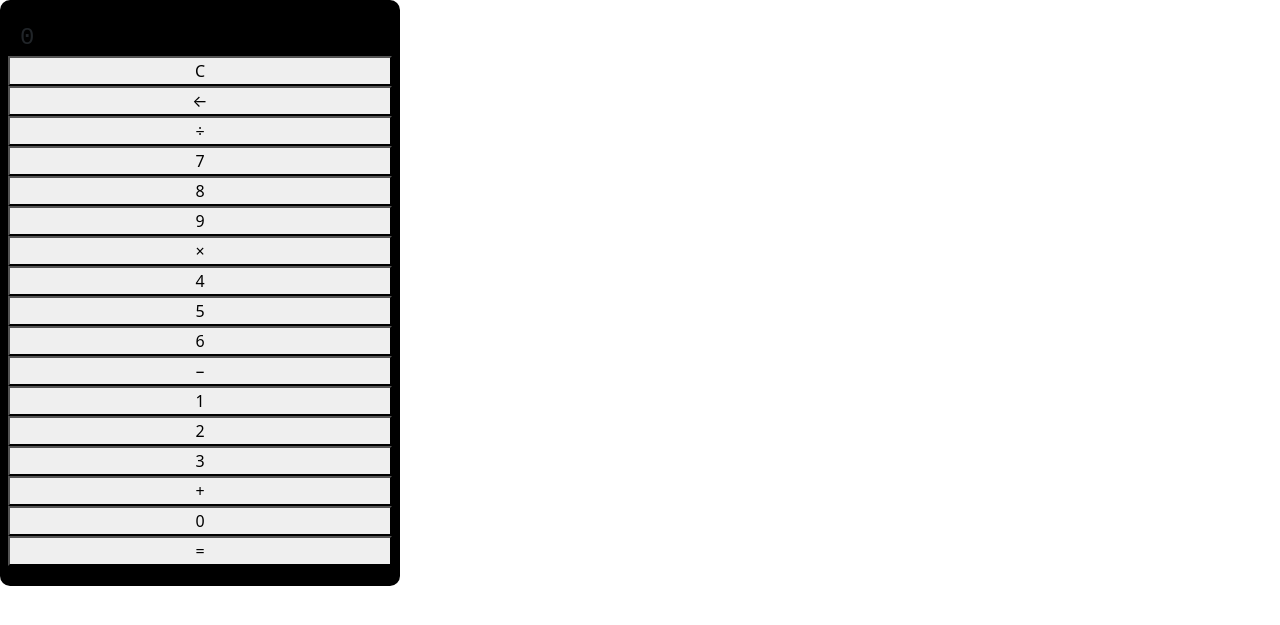
Repository: jgramirez0210/LAB-calculator
Page: index.html
These files come from the project's save history. The page is drawn as it stood at one moment and after a run of saves; the edit follows.
The browser window is 1280 px wide. The pictures show the whole page.

Above is the page before, as saved 2023-10-10 20:47:25.

### index.html
<!DOCTYPE html>
<html lang="en">
<head>
  <meta charset="UTF-8">
  <meta name="viewport" content="width=device-width, initial-scale=1.0">
  <title>Calculator</title>
  <link href="https://cdn.jsdelivr.net/npm/bootstrap@5.3.2/dist/css/bootstrap.min.css" rel="stylesheet" integrity="sha384-T3c6CoIi6uLrA9TneNEoa7RxnatzjcDSCmG1MXxSR1GAsXEV/Dwwykc2MPK8M2HN" crossorigin="anonymous">
  <link rel="stylesheet" href="main.css">
</head>
<body>
  <div class="calculator-wrapper">
    <div class="row">
    <div id="display">0</div>
    <button id="clear-btn">C</button>
    <button id="back-btn">←</button>
    <button id="divide-btn">÷</button>
  </div>
  <div class="row">
    <button id="7">7</button>
    <button id="8">8</button>
    <button id="9">9</button>
    <button id="multiply">×</button>
  </div>
  <div class="row">
    <button id="4">4</button>
    <button id="5">5</button>
    <button id="6">6</button>
    <button id="minus">−</button>
  </div>
  <div class="row">
    <button id="1">1</button>
    <button id="2">2</button>
    <button id="3">3</button>
    <button id="add">+</button>
  </div>
  <div class="row">
    <button id="0">0</button>
    <button id="=">=</button>
  </div>
  </div>
  <script src="https://cdn.jsdelivr.net/npm/bootstrap@5.3.2/dist/js/bootstrap.bundle.min.js" integrity="sha384-C6RzsynM9kWDrMNeT87bh95OGNyZPhcTNXj1NW7RuBCsyN/o0jlpcV8Qyq46cDfL" crossorigin="anonymous"></script>
  <script src="main.js"></script>
</body>
</html>

### main.css
.calculator-wrapper {
  width: 400px;
  background-color: #000000;
  padding: 20px;
  border-radius: 10px;
}

#button {
  padding: 20px;
  background-color: #f2f2f2;
  border: 1px solid #ccc;
  text-align: center;
}

#display {
  font-family: monospace;
  background-color: #eee
  grid-column: span 4;
  ;
  font-size: 1.5em;

}

### main.js
console.log("testeroo")

After the next 2 saves:
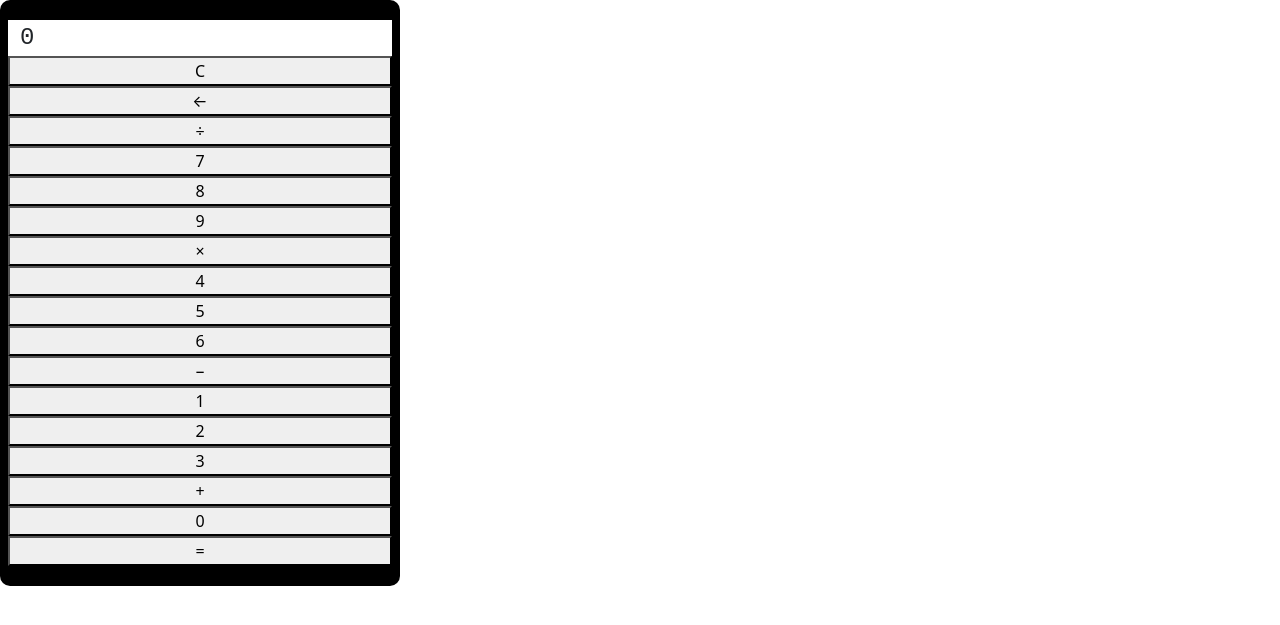
The 2 saves are shown as one change because they came seconds apart.
The last was saved 5 s later.
--- a/main.css
+++ b/main.css
@@ -14,7 +14,7 @@
 
 #display {
   font-family: monospace;
-  background-color: #eee
+  background-color: #ffffff;
   grid-column: span 4;
   ;
   font-size: 1.5em;
